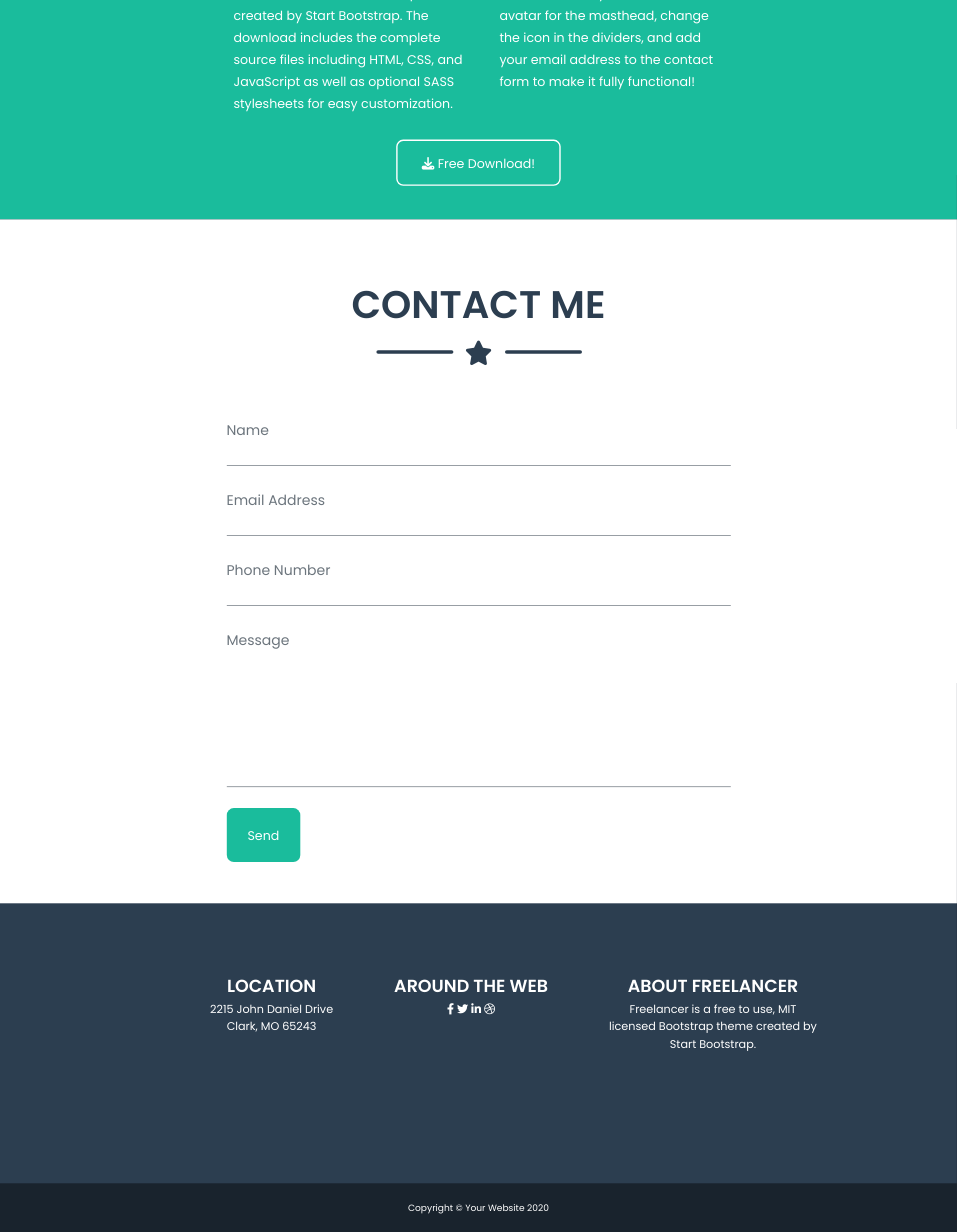
Repository: sSoRaK/web-cut-by-figma_train
Page: bai02/index.html
The author's editor kept a copy of each file at every save. The page is drawn from the files as they stood at one save, then again after the next save.
The browser window is 1280 px wide. The page is 1367 px wide, so the pictures cover 1367 px, including what lies to the right of the window. The pictures show the part of the page from y = 1929 to 3689 px (the page is 3689 px tall), at 70% of full size.

Above is the page before, as saved 2023-06-02 15:32:55.

### bai02/index.html
<!DOCTYPE html>
<html lang="en">
  <head>
    <meta charset="UTF-8" />
    <meta http-equiv="X-UA-Compatible" content="IE=edge" />
    <meta name="viewport" content="width=device-width, initial-scale=1.0" />
    <title>Start Bootstrap</title>
    <link rel="stylesheet" href="./style.css" />
    <link
      href="https://fonts.googleapis.com/css2?family=Poppins:wght@100;200;300;400;500;600&display=swap"
      rel="stylesheet"
    />
    <link
      rel="stylesheet"
      href="https://cdnjs.cloudflare.com/ajax/libs/font-awesome/6.4.0/css/all.min.css"
      integrity="sha512-iecdLmaskl7CVkqkXNQ/ZH/XLlvWZOJyj7Yy7tcenmpD1ypASozpmT/E0iPtmFIB46ZmdtAc9eNBvH0H/ZpiBw=="
      crossorigin="anonymous"
      referrerpolicy="no-referrer"
    />
  </head>
  <body>
    <div class="container">
      <!-- header menu -->
      <header>
        <div class="header-logo">
          <h2>Start Bootstrap</h2>
        </div>
        <nav>
          <ul>
            <li><a href="#">PORTFOLIO</a></li>
            <li><a href="#">ABOUT</a></li>
            <li><a href="#">CONTACT</a></li>
          </ul>
        </nav>
      </header>
      <!-- header menu -->
      <!-- main -->
      <main>
        <!-- block 01 -->
        <section class="block01 start-bootstrap">
          <img
            src="./resources/avataaars.png"
            alt="avatar"
            srcset="./resources/avataaars.png 2x"
          />
          <h3>START BOOTSTRAP</h3>
          <div class="star-line">
            <i class="fa-solid fa-star"></i>
          </div>
          <p>Graphic Artist - Web Designer - Illustrator</p>
        </section>
        <!-- block 01 -->

        <!-- block 02 -->
        <section class="block02 portfolio">
          <h4>PORTFOLIO</h4>
          <div class="star-line">
            <i class="fa-solid fa-star"></i>
          </div>
          <div class="img-list">
            <img
              src="./resources/cabin.png"
              alt="cabin"
              srcset="./resources/cabin.png 2x"
            />
            <img
              src="./resources/cake.png"
              alt="cake"
              srcset="./resources/cake.png"
            />
            <img
              src="./resources/circus.png"
              alt="circus"
              srcset="./resources/circus.png 2x"
            />
            <img
              src="./resources/game.png"
              alt="game"
              srcset="./resources/game.png 2x"
            />
            <img
              src="./resources/safe.png"
              alt="safe"
              srcset="./resources/safe.png 2x"
            />
            <img
              src="./resources/submarine.png"
              alt="submarine"
              srcset="./resources/submarine.png 2x"
            />
          </div>
        </section>
        <!-- block 02 -->

        <!-- block 03 -->
        <section class="block03 about">
          <h4>ABOUT</h4>
          <div class="star-line">
            <i class="fa-solid fa-star"></i>
          </div>
          <div iv class="content">
            <div class="left-content">
              Freelancer is a free bootstrap theme created by Start Bootstrap.
              The download includes the complete source files including HTML,
              CSS, and JavaScript as well as optional SASS stylesheets for easy
              customization.
            </div>
            <div class="right-content">
              You can create your own custom avatar for the masthead, change the
              icon in the dividers, and add your email address to the contact
              form to make it fully functional!
            </div>
          </div>
          <button><i class="fa-solid fa-download"></i> Free Download!</button>
        </section>
        <!-- block 03 -->

        <!-- block 04 -->
        <section class="block04 contact-me">
          <h4>CONTACT ME</h4>
          <div class="star-line">
            <i class="fa-solid fa-star"></i>
          </div>
          <div class="form">
            <form action="#" method="post">
              <div class="block">
                <label for="name">Name</label>
                <input type="text" name="name" id="name" />
              </div>
              <div class="block">
                <label for="email">Email Address</label>
                <input type="email" name="email" id="email" />
              </div>
              <div class="block">
                <label for="phone-number">Phone Number</label>
                <input type="number" name="phone-number" id="phone-number" />
              </div>
              <div class="block">
                <label for="message">Message</label>
                <textarea
                  name="message"
                  id="message"
                  style="resize: none"
                ></textarea>
              </div>
              <div class="send-btn">
                <input type="submit" value="Send" />
              </div>
            </form>
          </div>
        </section>
        <!-- block 04 -->
      </main>
      <footer>
        <div class="wrapper">
          <div class="col">
            <h5>LOCATION</h5>
            <p>
              2215 John Daniel Drive <br />
              Clark, MO 65243
            </p>
          </div>
          <div class="col">
            <h5>AROUND THE WEB</h5>
            <div class="icon-web">
              <i class="fa-brands fa-facebook-f"></i>
              <i class="fa-brands fa-twitter"></i>
              <i class="fa-brands fa-linkedin-in"></i>
              <i class="fa-brands fa-dribbble"></i>
            </div>
          </div>
          <div class="col">
            <h5>ABOUT FREELANCER</h5>
            <p>
              Freelancer is a free to use, MIT <br />
              licensed Bootstrap theme created by <br />
              <span>Start Bootstrap</span>.
            </p>
          </div>
        </div>
        <p class="copyright-footer">Copyright &copy; Your Website 2020</p>
      </footer>
      <!-- main -->
    </div>
  </body>
</html>

### bai02/style.css
* {
  margin: 0;
  padding: 0;
  box-sizing: border-box;
  font-family: "Poppins", sans-serif;
  list-style: none;
  text-decoration: none;
}
body {
  background-color: #0e0e0e;
  height: 2400px;
}
.container {
  position: relative;
  width: 1367px;
  background-color: #2c3e50;
  margin: 0 auto;
}
/* header menu */
header {
  height: 100px;
  color: #ffffff;
  display: flex;
  justify-content: space-between;
  align-items: center;
  margin: 0 155px 0 130px;
}
.header-logo {
  text-transform: uppercase;
  font-weight: 700;
  font-size: 20px;
  cursor: pointer;
}
nav ul {
  display: flex;
  gap: 40px;
}

ul li a {
  color: #ffffff;
  font-weight: 600;
  font-size: 18px;
}
/* header menu */
/* main */

/* block 01 */
.block01 {
  height: 680px;
  background-color: #1abc9c;
  color: #ffffff;
  text-align: center;
  padding: 102px 0;
}
.block01 img {
  width: 250px;
  height: 250px;
  margin-bottom: 30px;
}
.block01 h3 {
  font-size: 65px;
}
.star-line {
  margin-bottom: 20px;
}
.block01 p {
  font-size: 20px;
}
/* block 01 */
/* block 02 */
.block02 {
  height: 852px;
  background-color: #ffffff;
  color: #ffffff;
  padding: 80px 0;
}
.block02 h4,
.block03 h4,
.block04 h4 {
  text-align: center;
  color: #2c3e50;
  font-size: 55px;
  margin-bottom: 10px;
}
/* làm star line */
.star-line {
  position: relative;
  color: #2c3e50;
  text-align: center;
}
.fa-star {
  font-size: 35px;
}
.star-line::before {
  position: absolute;
  content: "";
  width: 110px;
  height: 5px;
  bottom: 50%;
  left: 50%;
  background-color: #2c3e50;
  transform: translateX(-133%);
  border-radius: 10px;
}
.star-line::after {
  position: absolute;
  content: "";
  width: 110px;
  height: 5px;
  bottom: 50%;
  right: 50%;
  background-color: #2c3e50;
  transform: translateX(134%);
  border-radius: 10px;
}
/* phần image list */
.img-list {
  display: grid;
  grid-template-rows: repeat(2, 240px);
  grid-template-columns: repeat(3, 330px);
  gap: 48px;
  margin: 32px 138px 0 138px;
}
.img-list img {
  width: 330px;
  height: 240px;
  object-fit: contain;
  border-radius: 10px;
}
/* block 02 */

/* block 03 */
.block03 {
  height: 610px;
  background-color: #1abc9c;
  text-align: center;
  padding: 102px 0;
}
.block03 h4 {
  color: #ffffff;
}
.content {
  display: flex;
  width: 700px;
  height: 180px;
  margin: 38px auto 45px auto;
  column-gap: 50px;
  color: #ffffff;
}
.left-content,
.right-content {
  font-size: 18px;
  line-height: 1.75em;
  text-align: left;
}
.left-content {
  width: 330px;
}
.right-content {
  width: 320px;
}
/* button */
.block03 button {
  width: 235px;
  height: 66px;
  background-color: transparent;
  border: 2px solid #ffffff;
  border-radius: 10px;
  color: #ffffff;
  cursor: pointer;
  font-size: 18px;
}
/* block 03 */

/* block 04 */
.block04 {
  height: 977px;
  background-color: #fff;
  padding: 80px 0;
}
.form {
  width: 720px;
  height: 610px;
  margin: 75px auto;
}
.block {
  width: 100%;
  height: 65px;
  margin-bottom: 20px;
}
.block:not(:first-child) {
  margin-top: 35px;
}
.block label {
  color: #6c757d;
  font-size: 20px;
}
.block input,
.block #message {
  display: block;
  width: 100%;
  border: none;
  border-bottom: 1.5px solid #6c757d;
  margin-top: 15px;
}
.block textarea {
  height: 180px;
}
.send-btn {
  margin-top: 190px;
  width: 100px;
  height: 68px;
}
.send-btn input {
  font-size: 18px;
  border: none;
  color: #fff;
  background-color: #1abc9c;
  padding: 25px 30px;
  border-radius: 10px;
  cursor: pointer;
}
/* block 04 */
/* main */

/* footer */
footer {
  height: 370px;
}
.wrapper {
  display: flex;
  justify-content: space-between;
  margin: 100px 200px 85px 300px;
  text-align: center;
  color: #fff;
}
.col h5 {
  font-size: 25px;
}
/* copyright footer */
footer .copyright-footer {
  position: absolute;
  height: 70px;
  width: 100%;
  color: #fff;
  background-color: #19232d;
  bottom: 0;
  left: 0;
  display: flex;
  align-items: center;
  justify-content: center;
  font-size: 13px;
}
/* footer */

After the next save:
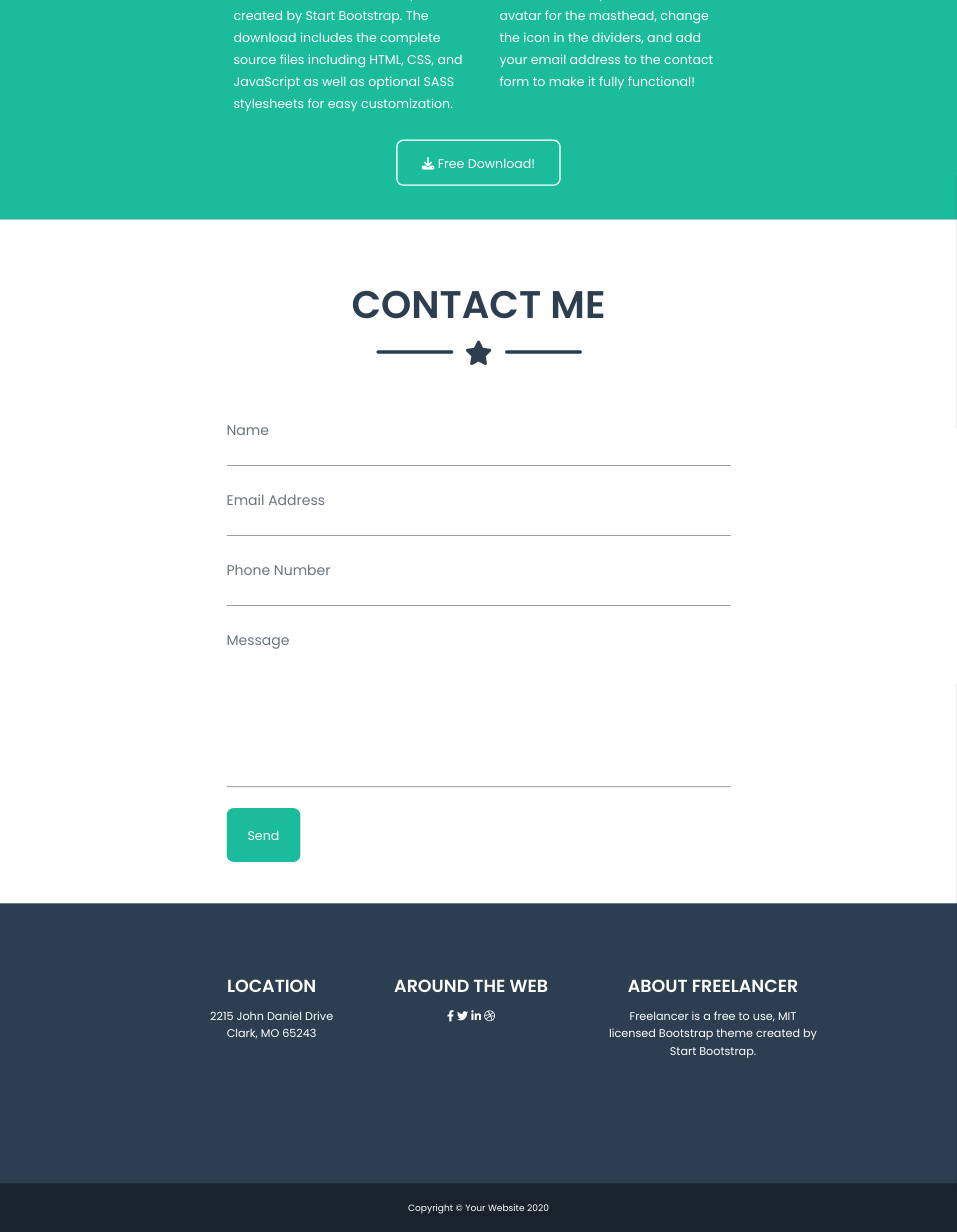
Saved 54 s later.
--- a/bai02/style.css
+++ b/bai02/style.css
@@ -237,6 +237,10 @@ footer {
 .col h5 {
   font-size: 25px;
 }
+.col p,
+.col .icon-web {
+  margin-top: 10px;
+}
 /* copyright footer */
 footer .copyright-footer {
   position: absolute;
